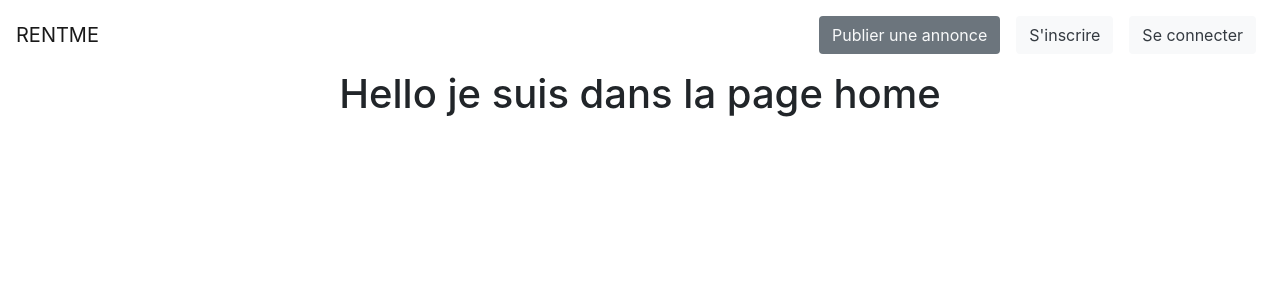
Repository: johan1412/rentme-front
Page: /
These files come from the project's save history. The page is drawn as it stood at one moment and after the next save; the edit follows.
The browser window is 1280 px wide. The pictures show the whole page.
The project was rebuilt for these pictures with package versions that can differ from the ones it lists, and the page was loaded fresh each time. Also part of the build but not shown: vue.config.js, src/components/auth/Login.vue, src/components/auth/Register.vue.

Above is the page before, as saved 2021-12-14 19:44:52.

### src/main.js
import Vue from "vue";
import App from "./App.vue";
import VueRouter from 'vue-router'
import Login from './components/auth/Login.vue'
import Register from './components/auth/Register.vue'

import HomePage from './components/Home.vue'
import { BootstrapVue, IconsPlugin } from 'bootstrap-vue'

// Import Bootstrap an BootstrapVue CSS files (order is important)
import 'bootstrap/dist/css/bootstrap.css'
import 'bootstrap-vue/dist/bootstrap-vue.css'

// Make BootstrapVue available throughout your project
Vue.use(BootstrapVue)
// Optionally install the BootstrapVue icon components plugin
Vue.use(IconsPlugin)

Vue.config.productionTip = false;

Vue.use(VueRouter)


const routes = [
  { path: '/', component: HomePage },
  { path: '/login', component: Login },
  { path: '/register', component: Register },
]

const router = new VueRouter({
  routes,
  history : true,
  mode : 'history'
})


new Vue({
  render: (h) => h(App),
  router
}).$mount("#app");

### src/App.vue
<template>
  <router-view />
</template>
<script>
export default {
  name: "App"
};
</script>

<style>

</style>

### src/components/Home.vue
<template>
<div>
        <nav-bar />
<div class="containert m-auto">
  <h1 class="text-center">Hello je suis dans la page home</h1>
</div>
</div>
</template>
<script>
import NavBar from './layouts/NavBar.vue';
export default {
  name: "Home",
  components:{
    NavBar
  }
};
</script>

### src/components/layouts/NavBar.vue
<template>
<div>
  <b-navbar toggleable="lg" type="light" variant="white">
    <b-navbar-brand class="fw-bold">RENTME</b-navbar-brand>
    <b-collapse id="nav-collapse" is-nav>
      <b-navbar-nav class="ml-auto">
        <b-nav-item><router-link class="btn bg-secondary text-light" to="login">Publier une annonce</router-link></b-nav-item>
        <b-nav-item><router-link class="btn bg-light text-dark" to="register">S'inscrire</router-link></b-nav-item>
        <b-nav-item><router-link class="btn bg-light text-dark" to="login">Se connecter</router-link></b-nav-item>
      </b-navbar-nav>
    </b-collapse>
  </b-navbar>
</div>
</template>
<script>

export default {
  name: "NavBar"
};
</script>

Loaded but not shown: public/index.html (common file)

After the next save:
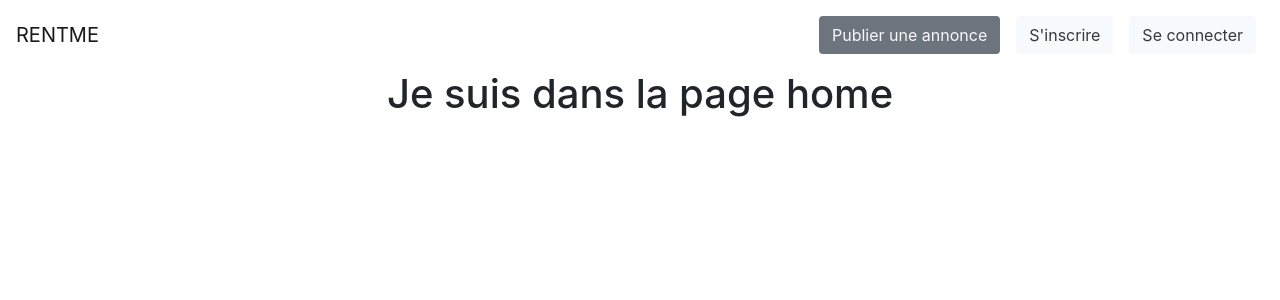
Saved 20 s later.
--- a/src/components/Home.vue
+++ b/src/components/Home.vue
@@ -2,7 +2,7 @@
 <div>
         <nav-bar />
 <div class="containert m-auto">
-  <h1 class="text-center">Hello je suis dans la page home</h1>
+  <h1 class="text-center">Je suis dans la page home</h1>
 </div>
 </div>
 </template>
